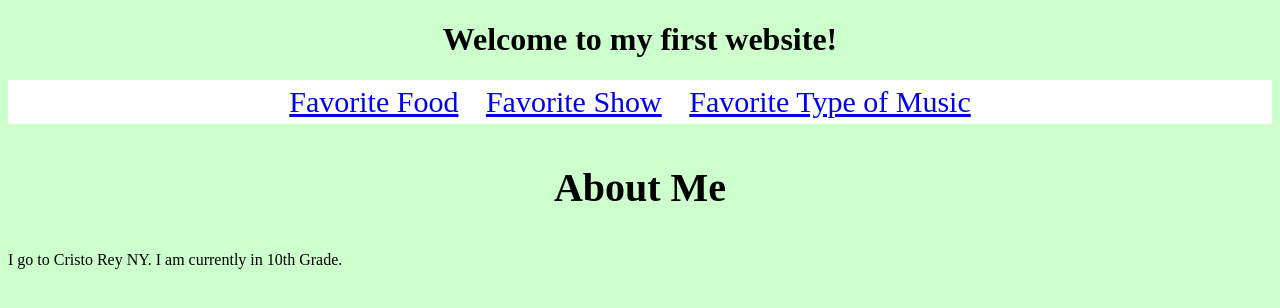
Repository: MM1323/unit9lesson1_startercode
Page: index.html
The author's editor kept a record of every edit. The page is drawn from the files as they stood at one moment, then again after the next edit.
The browser window is 1280 px wide. The pictures show the whole page.

Above is the page before.

After the next edit:
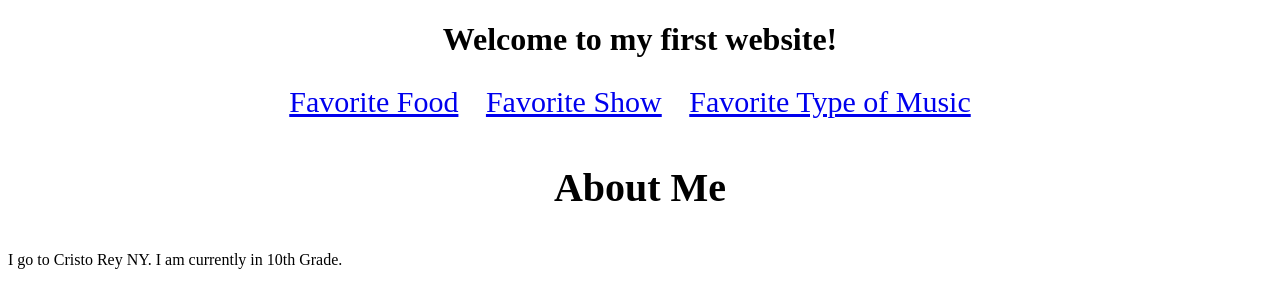
The edit:
--- a/style/homestyle.css
+++ b/style/homestyle.css
@@ -1,4 +1,4 @@
-body{
+.green{
     background-color: #CCFFCC;
 }
 
